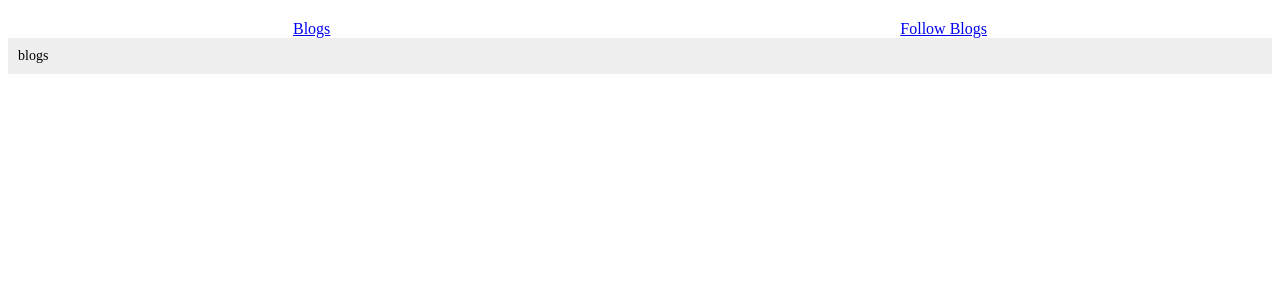
Repository: bhumikagohil/announcements
Page: blogs_home/blogs_home.html
These files come from the project's save history. The page is drawn as it stood at one moment and after the next save; the edit follows.
The browser window is 1280 px wide. The pictures show the whole page.

Above is the page before, as saved 2021-05-31 15:32:06.

After the next save:
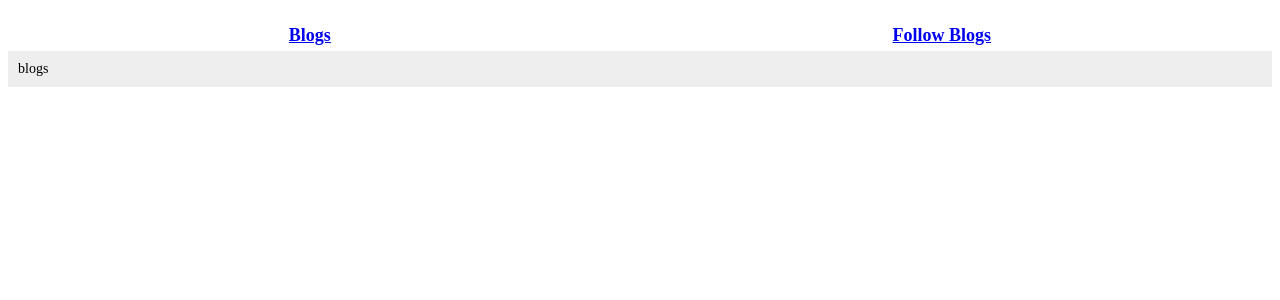
Saved 21 s later.
--- a/blogs_home/blogs_home.html
+++ b/blogs_home/blogs_home.html
@@ -17,8 +17,8 @@
     <div class="container blogs-home">
         <!-- BLOGS TABS -->
         <ul class="tabs">
-            <li class="tab-button"><a href="#" class="tab-link active" data-tab="blogs">Blogs</a></li>
-            <li class="tab-button"><a href="#" class="tab-link active" data-tab="follow_blogs">Follow Blogs</a></li>
+            <li class="tab"><a href="#" class="tab-link active" data-tab="blogs">Blogs</a></li>
+            <li class="tab"><a href="#" class="tab-link active" data-tab="follow_blogs">Follow Blogs</a></li>
         </ul>
 
         <div>
